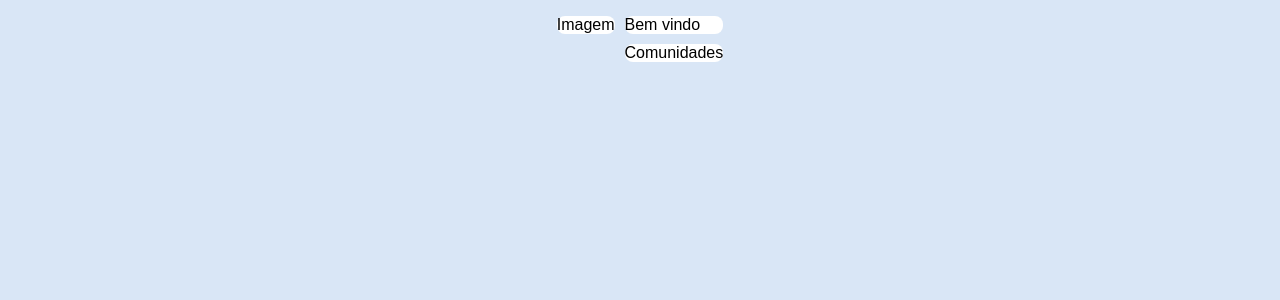
Repository: jminervino/alurakut
Page: /
The author's editor kept a copy of each file at every save. The page is drawn from the files as they stood at one save, then again after the next save.
The browser window is 1280 px wide. The pictures show the whole page.
The project was rebuilt for these pictures with package versions that can differ from the ones it lists, and the page was loaded fresh each time. The framework's server and built-in components were replaced by stand-ins that run in the browser. Also part of the build but not shown: next.config.js.

Above is the page before, as saved 2022-03-24 10:36:13.

### pages/_app.js
import { createGlobalStyle, ThemeProvider } from 'styled-components'

const GlobalStyle = createGlobalStyle`
  /* Reset CSS*/
  *{
    margin: 0;
    padding: 0;
    box-sizing: border-box;
  }

  body {
    font-family: sans-serif;
    background-color: #D9E6F6;
  }

  #__next {
    display: flex;
    min-height: 100vh;
    flex-direction: column;
  }
`

const theme = {
  colors: {
    primary: '#0070f3',
  },
}

export default function App({ Component, pageProps }) {
  return (
    <>
      <GlobalStyle />
      <ThemeProvider theme={theme}>
        <Component {...pageProps} />
      </ThemeProvider>
    </>
  )
}

### pages/index.js
import styled from 'styled-components'

//const Title = styled.h1`
//  font-size: 50px;
//  color: ${({ theme }) => theme.colors.primary};
//`

const Box = styled.div`
  background: #ffffff;
  border-radius: 8px;
`;

const MainGrid = styled.main`
  display: grid;
  grid-gap: 10px;
  padding: 16px;
  margin: 0 auto;

  @media (min-width: 860px){
    grid-template-areas: "profileArea welcomeArea profileRelationsArea"
    grid-template-columns: 160px 618px 312px;

    }
`

export default function Home() {
  return (
    <MainGrid>
      <div>
        <Box style={{ gridArea: 'profileArea' }}>
          Imagem
        </Box>
      </div>
      <div>
        <Box style={{ gridArea: 'welcomeArea' }}>
          Bem vindo
        </Box>
      </div>
      <Box style={{ gridArea: 'profileRelationsArea' }}>
        Comunidades
      </Box>
    </MainGrid>
  )
}

Loaded but not shown: pages/_document.js (common file)

After the next save:
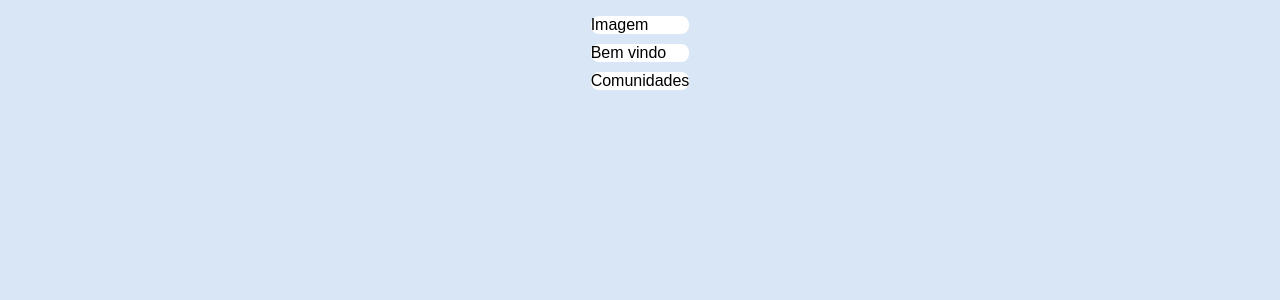
Saved 17 s later.
--- a/pages/index.js
+++ b/pages/index.js
@@ -36,9 +36,11 @@ export default function Home() {
           Bem vindo
         </Box>
       </div>
-      <Box style={{ gridArea: 'profileRelationsArea' }}>
-        Comunidades
-      </Box>
+      <div>
+        <Box style={{ gridArea: 'profileRelationsArea' }}>
+          Comunidades
+        </Box>
+      </div>
     </MainGrid>
   )
 }
